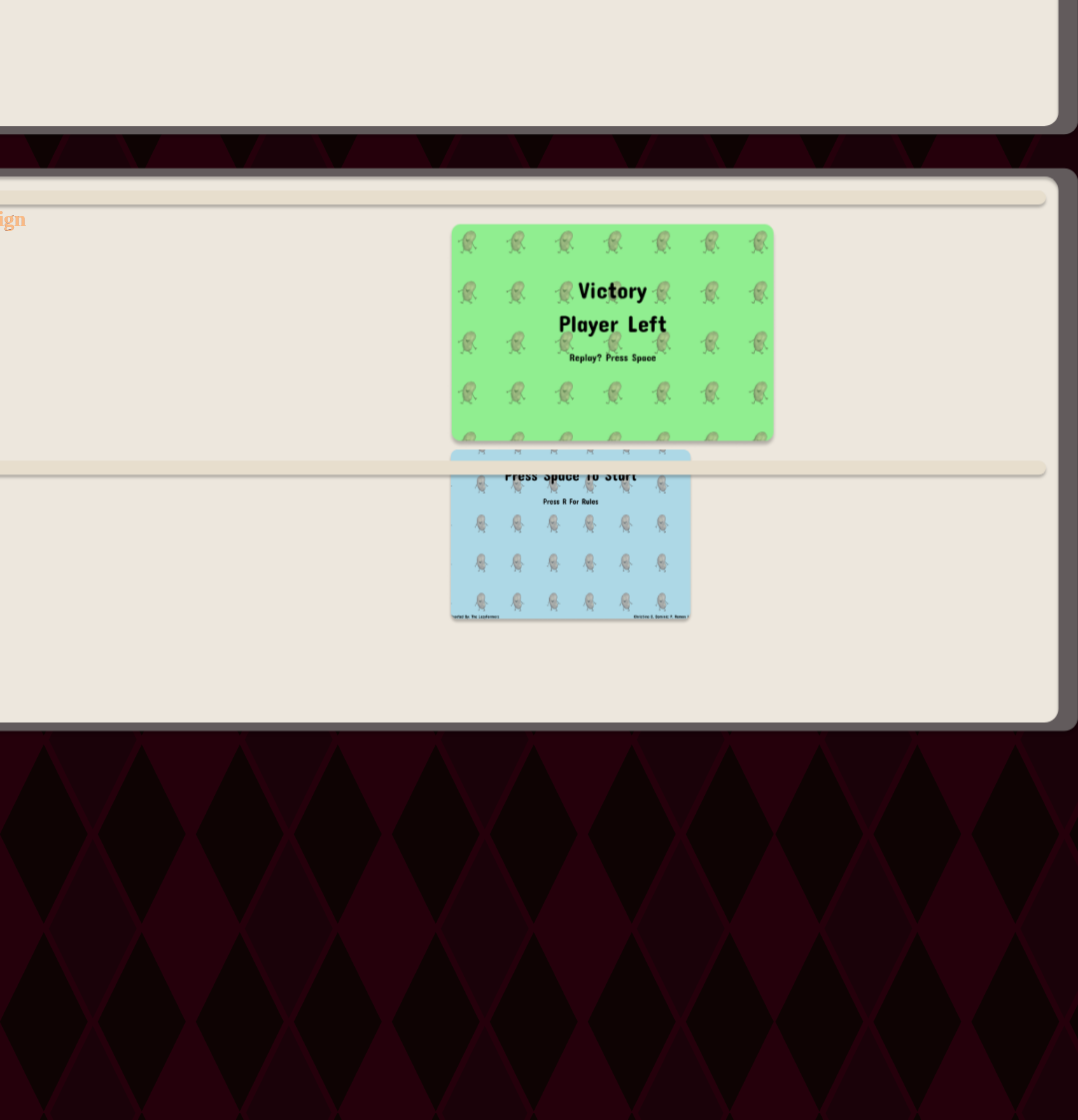
Repository: EMP-ChristinaC/Portfolio
Page: projects/potato-shuffle/potato.html
The author's editor kept a copy of each file at every save. The page is drawn from the files as they stood at one save, then again after the next save.
The browser window is 1280 px wide. The page is 1540 px wide, so the pictures cover 1540 px, including what lies to the right of the window. The pictures show the part of the page from y = 1607 to 3207 px (the page is 6194 px tall), at 70% of full size.
Some web fonts or font styles are not loaded; a fallback is used.

Above is the page before, as saved 2024-12-08 19:56:32.

After the next save:
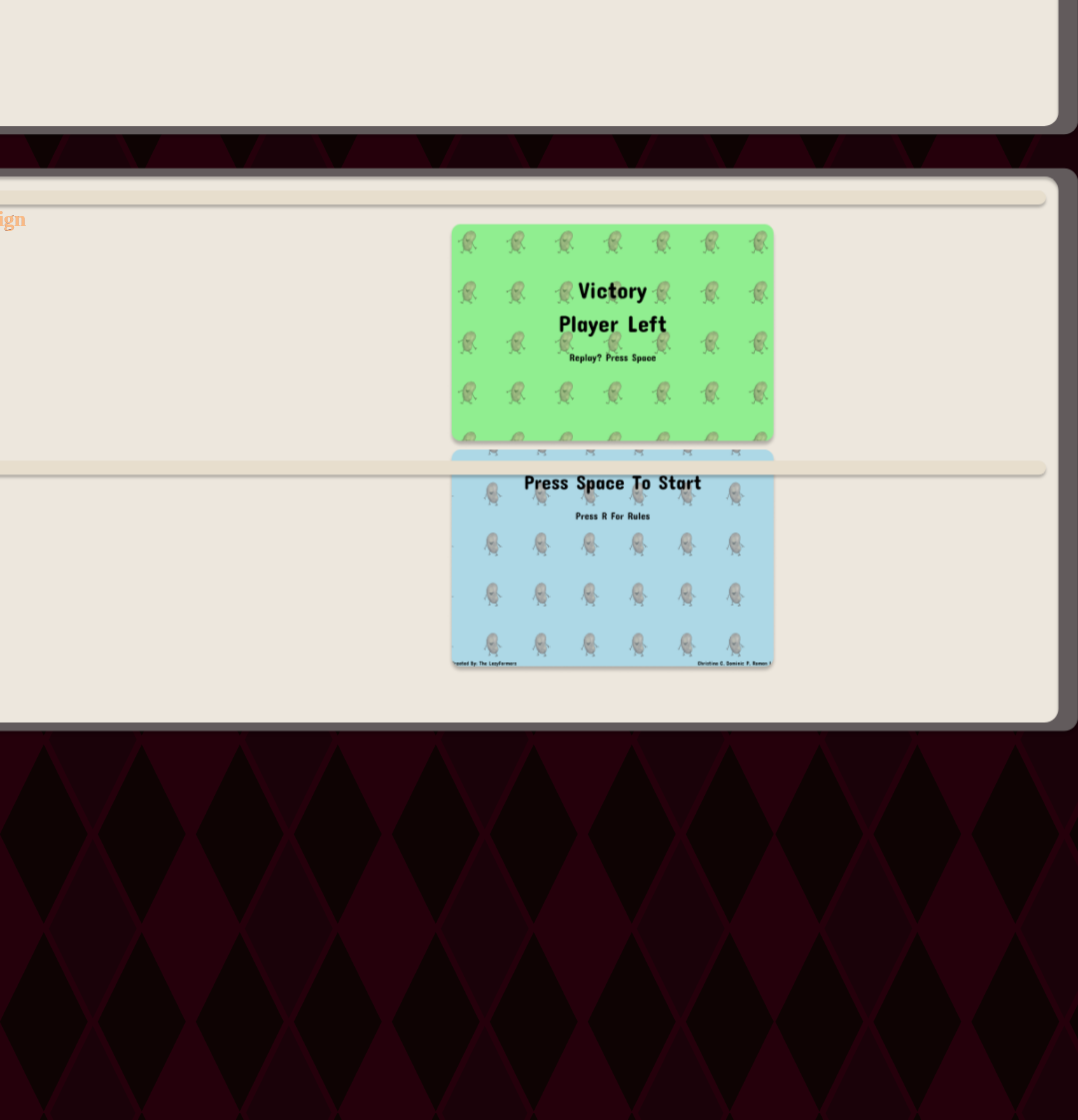
Saved 7 s later.
--- a/projects/potato-shuffle/potato.css
+++ b/projects/potato-shuffle/potato.css
@@ -486,8 +486,8 @@ footer.section p {
 }
 
 .potato-menu-one img {
-    width: 350px;
-    height: 250px;
+    width: 470px;
+    height: 320px;
     position: absolute;
     top: 50%;
     left: 50%;
